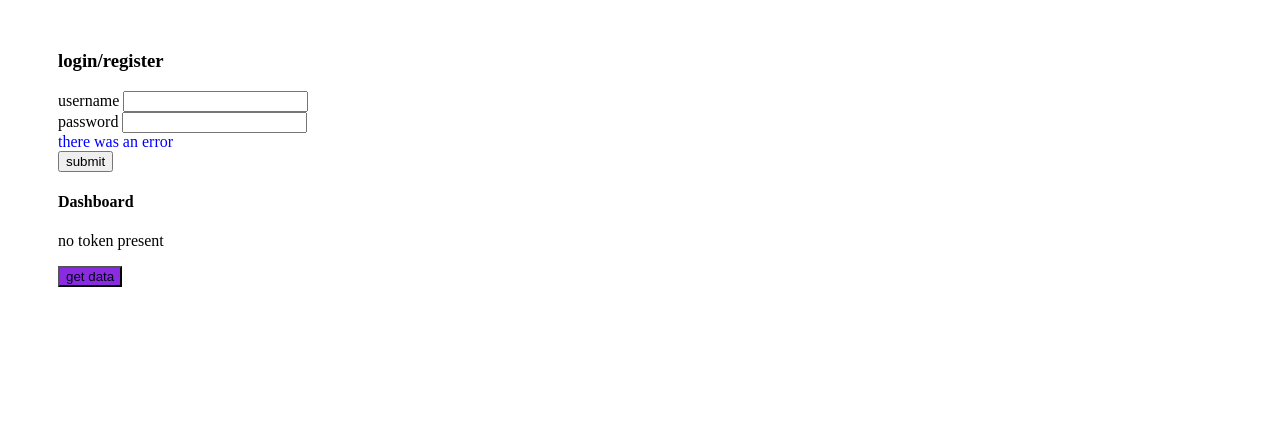
Repository: shivanand1988-28-06/townwarta
Page: http://localhost/
The author's editor kept a copy of each file at every save. The page is drawn from the files as they stood at one save, then again after the next save.
The browser window is 1280 px wide. The pictures show the whole page.
Some web libraries are served in a nearby version. The page is served by the project's Node server (Townwarta.js). Other server files are loaded and not shown.

Above is the page before, as saved 2022-03-16 00:44:09.

### public/index.html
<!-- <!DOCTYPE html>
<html>

<head>
    <meta charset="UTF-8" />
    <meta http-equiv="X-UA-Compatible" content="IE=edge" />
    <meta name="viewport" content="width=device-width, initial-scale=1.0" />
    <title>Townwarta</title>
    <link rel="stylesheet" href="./styles.css" />
</head>
    <body>
        <main>
             <form class= "form makenews">
        <div>
              <label for= "newstitle" class= "newstitle-label">TITLE</label><br><br>
              <input type = "text" class = "newstitle-input"></input><br><br>
        </div>

        <div>
              <label for= "newsheading" class= "newsheading-label">Heading</label><br><br>
              <textarea name="heading" class="newsheading" ></textarea><br><br>
        </div>
 <div>
                <label for= "newsarticle" class= "news-label">NewsArticle</label><br><br>
                <textarea name=" newsarticle" cols="30" rows="10"></textarea><br><br>
            </div>
            <div>
                <label for="newsimages"></label><br><br>
                <input type="file" name="newsimage" multiple><br><br>
            </div>
            <div>
                <label for="tags" class="tags">SelectTags</label><br><br>
                <select class="tags" multiple>
                    <option value="sports">SPORTS</option>
                    <option value="health">HEALTH</option>
                    <option value="politics">POLITICS</option>
                    <option value="security">SECURITY</option>
                    <option value="international">INTERNATIONAL</option>
                    <option value="bollywood">BOLLYWOOD</option>
                </select><br><br>
            </div>
            <div>
                <label for="tags" class="tags">SelectStates</label><br><br>
                <select class="tags" multiple>
                    <option value="UTTARPRADESH">UTTARPRADESH</option>
                    <option value="MAHARASHTRA">MAHARASHTRA</option>
                    <option value="GUJRAT">GUJRAT</option>
                    <option value="PANJAB">PANJAB</option>
                    <option value="TAMILNADU">TAMILNADU</option>
                    <option value="JAMMU AND KASHMIR">JAMMU AND KASHMIR</option>
                </select><br><br>
            </div>

                <button type = "submit" class="form-submit">SUBMIT NEWS DATA</button>

            </form>

        </main>



<script>
 src="https://cdnjs.cloudflare.com/ajax/libs/axios/0.21.1/axios.min.js"
      integrity="sha512-bZS47S7sPOxkjU/4Bt0zrhEtWx0y0CRkhEp8IckzK+ltifIIE9EMIMTuT/mEzoIMewUINruDBIR/jJnbguonqQ=="
      crossorigin="anonymous"
      referrerpolicy="no-referrer"
</script>
<script src= "./browser-app.js"></script>
</body>
</html> -->




<!DOCTYPE html>
<html lang="en">
  <head>
    <meta charset="UTF-8" />
    <meta http-equiv="X-UA-Compatible" content="IE=edge" />
    <meta name="viewport" content="width=device-width, initial-scale=1.0" />
    <title>JWT Basics</title>
    <link rel="stylesheet" href="./styles.css" />

  </head>
  <body>

    <main class ="first" id ="firstform">
      <div >
      <form class = "form contact-form">
        <h3>login/register</h3>
        <div class ="form-row">
          <label for="username" class="form-label">username</label>
          <input type="text" class="form-input username-input" />
        </div>
        <div class="form-row">
          <label for="password" class="form-label">password</label>
          <input type="password" class="form-input password-input" />
        </div>
        <div class="text-small form-alert">there was an error</div>
        <button type="submit" class="btn btn-block">submit</button>
      </form>
    </div>
      <div class="container">
        <h4>Dashboard</h4>
        <p class="token">no token present</p>
        <div class="result"></div>
        <button class="btn btn-block" id="data">get data</button>
      </div>

      <div id="root"></div>
    </main>
    <script
      src="https://cdnjs.cloudflare.com/ajax/libs/axios/0.21.1/axios.min.js"
      integrity="sha512-bZS47S7sPOxkjU/4Bt0zrhEtWx0y0CRkhEp8IckzK+ltifIIE9EMIMTuT/mEzoIMewUINruDBIR/jJnbguonqQ=="
      crossorigin="anonymous"
      referrerpolicy="no-referrer"
    ></script>
    <script src="./browser-app.js"></script>

  </body>
</html>

### Townwarta.js

require("dotenv").config();
const express = require("express");
const mongoose = require("mongoose");
const router = require("./routes/mainroutes");
const connectDB = require("./db/connect");
const app = express();

const port = process.env.PORT || 3000

app.use(express.json());

 app.use("/api/v1",router);
 app.use (express.urlencoded({extended:false}));
 app.use(express.static("./public"));

const start = async () =>{

try{

    await connectDB(process.env.MONGO_URI);
    app.listen(port,()=>{ console.log(`app is running over port ${port}`)});

}catch(error) {

    console.log(error);

}

}

start();

### public/styles.css
.makenews{
    text-align: center;
    padding-top: 40px;
};
.newstitle-label{
   padding-bottom: 0px;
   color:blue;
}
.newstitle-input{
    color:brown;
};
.newsheading{

    color:blue
}

.first{

   margin: 50px;
   align-items: center;

   }


.form-alert{
    color:blue
}

#data{
    color: rgb(3, 3, 22);
    background-color: blueviolet;
}

### public/browser-app.js

// const formDOM = document.querySelector('.form');
// const usernameInputDOM = document.querySelector('.username-input');
// const passwordInputDOM = document.querySelector('.password-input');
// const btnDOM = document.querySelector('#data');
// const resultDOM = document.querySelector('.result');

// formDOM.addEventListener('submit',async(e)=>{
//    e.preventDefault();
//     const username = usernameInputDOM.value
//     const password = passwordInputDOM.valuey

//     const newsheading = textDOM.value;

// try{

// const {data} = await axios.post('/api/v1/news/users',{username,password})

// }catch(error){
//         console.log(error);
// }


//      }
// );

// btnDOM.addEventListener('click',async(e)=>{
//         const {data} = await axios.get('/api/v1/news/users',(e)=>{console.log({data})}

//         );
//         resultDOM.innerHTML = `<h1>${data.username}</h1>`;
// }

// )






const formDOM = document.querySelector('.form');
const usernameInputDOM = document.querySelector('.username-input');
const passwordInputDOM = document.querySelector('.password-input');
const formAlertDOM = document.querySelector('.form-alert');
const resultDOM = document.querySelector('.result');
const btnDOM = document.querySelector('#data');
const tokenDOM = document.querySelector('.token');

formDOM.addEventListener('submit', async (e) => {
  formAlertDOM.classList.remove('text-success')
  tokenDOM.classList.remove('text-success')

  e.preventDefault()
  const username = usernameInputDOM.value
  const password = passwordInputDOM.value

  try {
    const { data } = await axios.post('/api/v1/users', { username, password })

    formAlertDOM.style.display = 'block'
    formAlertDOM.textContent = data.msg

    formAlertDOM.classList.add('text-success')
    usernameInputDOM.value = ''
    passwordInputDOM.value = ''

    localStorage.setItem('token', data.token)
    resultDOM.innerHTML = ''
    tokenDOM.textContent = 'token present'
    tokenDOM.classList.add('text-success')
  } catch (error) {
    formAlertDOM.style.display = 'block'
    formAlertDOM.textContent = error.response.data.msg
    localStorage.removeItem('token')
    resultDOM.innerHTML = ''
    tokenDOM.textContent = 'no token present'
    tokenDOM.classList.remove('text-success')
  }
  setTimeout(() => {
    formAlertDOM.style.display = 'none'
  }, 2000)
})

btnDOM.addEventListener('click', async () => {
  const token = localStorage.getItem('token')
  try {
    const { data } = await axios.get('/api/v1/users', {
      headers: {
        Authorization: `Bearer ${token}`,
      },
    })
    resultDOM.innerHTML = `<h5>${data.msg}</h5><p>${data.allusers[data.allusers.length-1].password}</p>`
    console.log(data.allusers.length);
    data.secret
  } catch (error) {
    localStorage.removeItem('token')
    resultDOM.innerHTML = `<p>${error.response.data.msg}</p>`
  }
})

const checkToken = () => {
  tokenDOM.classList.remove('text-success')

  const token = localStorage.getItem('token')
  if (token) {
    tokenDOM.textContent = 'token present'
    tokenDOM.classList.add('text-success')
  }
}
checkToken();

After the next save:
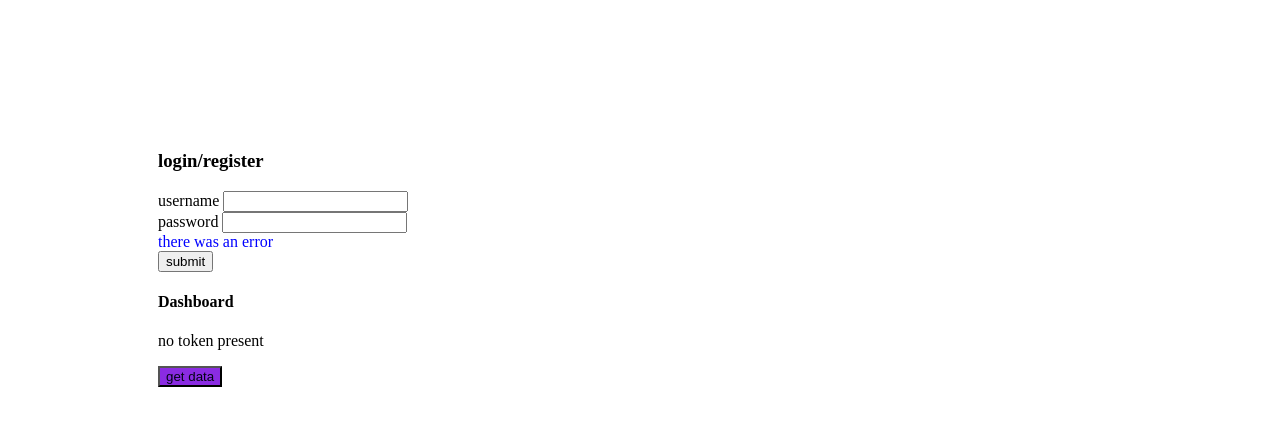
Saved 104 s later.
--- a/public/styles.css
+++ b/public/styles.css
@@ -16,7 +16,7 @@
 
 .first{
 
-   margin: 50px;
+   margin: 150px;
    align-items: center;
 
    }

After the save that followed:
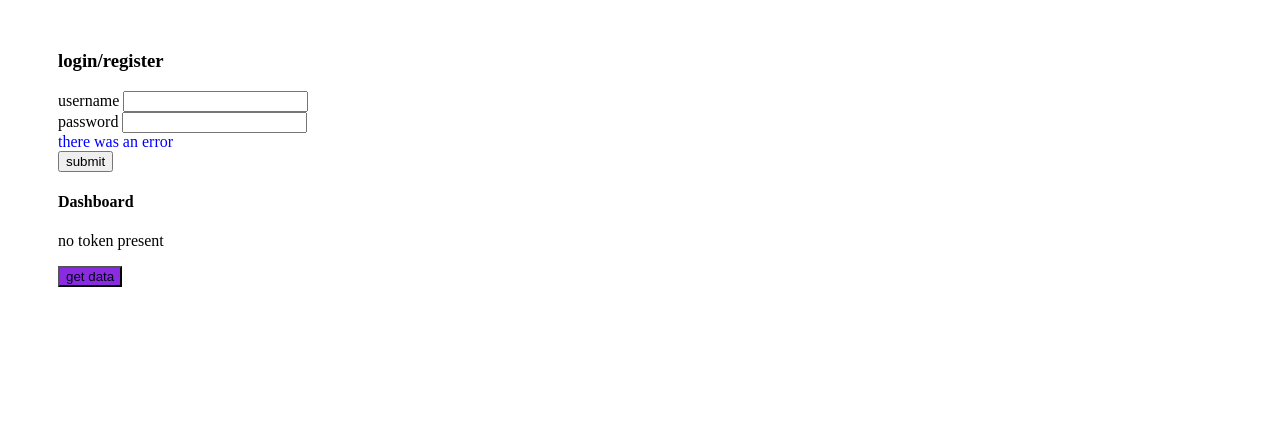
Saved 15 s later.
--- a/public/styles.css
+++ b/public/styles.css
@@ -16,8 +16,8 @@
 
 .first{
 
-   margin: 150px;
-   align-items: center;
+   margin: 50px;
+
 
    }
 
